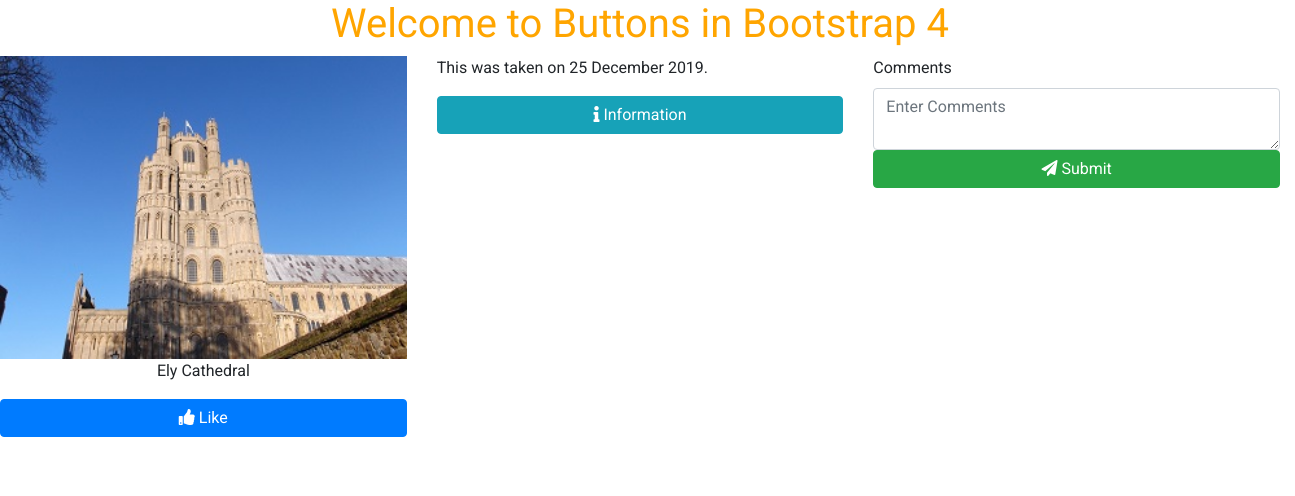
Repository: derektypist/buttons-in-bootstrap-4
Page: index.html
The author's editor kept a record of every edit. The page is drawn from the files as they stood at one moment, then again after the next edit.
The browser window is 1280 px wide. The page is 1295 px wide, so the pictures cover 1295 px, including what lies to the right of the window. The pictures show the whole page.
Some web libraries are served in a nearby version.

Above is the page before.

After the next edit:
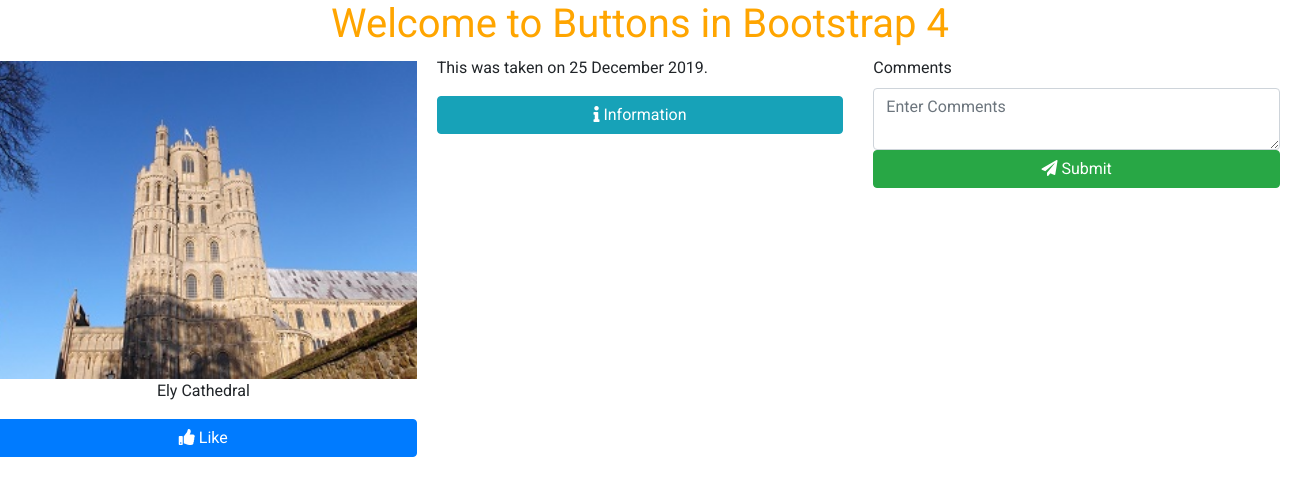
The edit:
--- a/index.html
+++ b/index.html
@@ -20,7 +20,7 @@
     <section>
         <!-- Set Up Article -->
         <article class="row">
-            <article class="col-sm-4">
+            <article class="col-sm-4 mypadding">
                 <!-- Display Image -->
                 <figure>
                     <img src="images/ely-cathedral.JPG" alt="Ely Cathedral" class="img-fluid">
